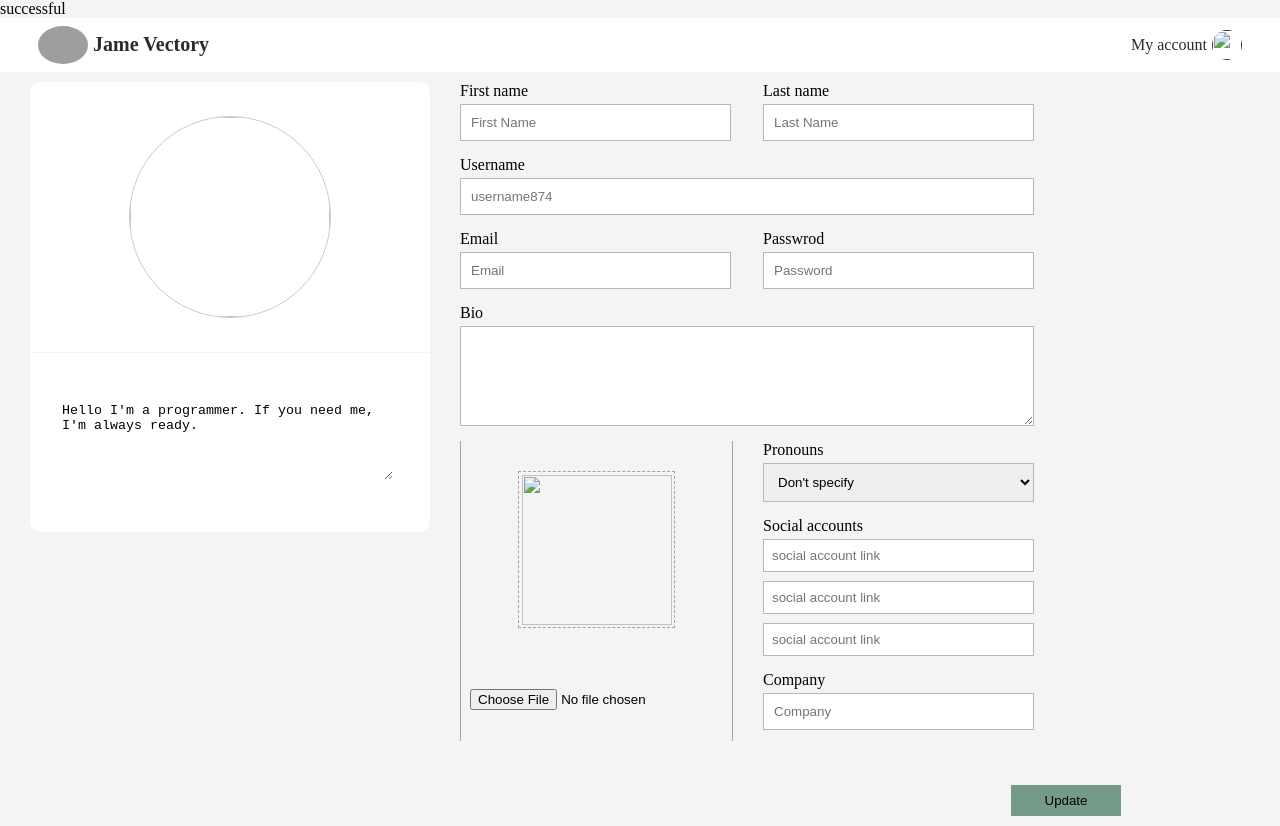
Repository: hsumyatm7308/Dashboard
Page: http://localhost/
The author's editor kept a copy of each file at every save. The page is drawn from the files as they stood at one save, then again after a run of saves.
The browser window is 1280 px wide. The pictures show the whole page.
Pictures or frames that could not be fetched are drawn as grey boxes. The page is run by PHP 8.4 with error messages shown; the project is at /var/www/html/.

Above is the page before, as saved 2023-07-07 20:58:05.

### task/resources/views/userprofile/index.php
<?php
session_start();

ini_set('display_errors', false);

$dbhost = 'localhost';
$dbusername = 'root';
$dbpass = '';
$dbname = 'hmmdb';

try {
    $conn = new PDO("mysql:host=$dbhost;dbname=$dbname", $dbusername, $dbpass);
    $conn->setAttribute(PDO::ATTR_ERRMODE, PDO::ERRMODE_EXCEPTION);

    echo "successful";

} catch (Exception $e) {
    echo "Error found : " . $e->getMessage();
}

if (!isset($_SESSION['uploaded_file'])  ) {
    $_SESSION['uploaded_file'] = '';

}

if(!isset($_SESSION['uploaded_fname'])){
    $_SESSION['uploaded_fname'] = '';

}

if(!isset($_SESSION['uploaded_lname'])){
    $_SESSION['uploaded_lname'] = '';

}

if(!isset($_SESSION['uploaded_username'])){
    $_SESSION['uploaded_username'] = '';

}

if ($_SERVER['REQUEST_METHOD'] === 'POST') {
    try {
        $stmt = $conn->prepare("SELECT firstname, lastname, username, bio FROM jamevectory");
        $stmt->execute();
        $row = $stmt->fetch();

        echo $row['firstname'];

        if (isset($_POST['submit'])) {
            $uploaddir = 'assets/img/profile/';
            $extension = pathinfo($_FILES['profile']['name'], PATHINFO_EXTENSION);
            $filename = uniqid() . '.' . $extension;
            $uploadfile = $uploaddir . $filename;

            if (move_uploaded_file($_FILES['profile']['tmp_name'], $uploadfile)) {
                $_SESSION['uploaded_file'] = $uploadfile;

            }

            $_SESSION['uploaded_fname'] = $row['firstname'];
            $_SESSION['uploaded_lname'] = $row['lastname'];
            $_SESSION['uploaded_username'] = $row['username'];
        }

    } catch (Exception $e) {
        echo "Error Found : " . $e->getMessage();
    }
}

$uploadfile = $_SESSION['uploaded_file'];
$row['firstname'] = $_SESSION['uploaded_fname']  ;
$row['lastname'] = $_SESSION['uploaded_lname'] ;
$row['username'] = $_SESSION['uploaded_username'];

?>


<!DOCTYPE html>
<html>

<head>
    <title>My Profile</title>
    <link rel="stylesheet" href="./css/style.css">
</head>

<body>
    <header>

        <nav>

                <div>
                    <a href="" class="logo-brand">
                        <img src="./assets/img/mylogo.jpg" alt="" width="50px" style="border-radius: 50%;">
                        <span>Jame Vectory</span>
                    </a>
                </div>

                <div>
                    <a href="" class="profile-account">
                        <span>My account</span>
                        <img src="<?php echo $uploadfile ?>" alt="" width="30px" style="border-radius: 50%;">
                    </a>
                </div>


        </nav>

    </header>
    <section>
        <div class="user-account-edit">

            <div class="user-profile">
                <div>
                    <form action="index.php" method='post' enctype='multipart/formdata' class="profile-display">
                        <div class="profile-display-img">

                            <div class="img">
                                <img src="<?php echo $uploadfile ?>" alt="" width="200px" style="border-radius: 50%;">
                            </div>


                        </div>


                        <div class="profile-display-name">
                            <h3 class="dispalyname"><span><?= $row['firstname'] ?></span> <span> <?= $row['lastname'] ?></span></h3>
                            <p><?= $row['username'] ?></p>
                        </div>

                        <div class="profile-display-bio">
                            <textarea name="displaybio" rows="5" maxlength="150">Hello I'm a programmer. If you need me, I'm always ready.
                        </textarea>
                        </div>
                    </form>


                </div>
            </div>

            <div class="user-edit-content">
                <div class="edit-form">
                    <form action="<?php echo $_SERVER["PHP_SELF"] ?>" method="post" enctype="multipart/form-data">
                        <div class="user-form-name">
                            <div>
                                <label for="">First name</label>
                                <input type="text" name="userprofilefirstname" id="userprofilefirstname"
                                    class="form-control" placeholder="First Name">
                            </div>
                            <div>
                                <label for="">Last name</label>
                                <input type="text" name="userprofilelastname" id="userprofilefirstname"
                                    class="form-control" placeholder="Last Name">
                            </div>
                        </div>

                        <div class="userprofileusername">
                            <label for="">Username</label>
                            <input type="text" name="userprofileusername" id="userprofileusername" class="form-control"
                                placeholder="username874">
                        </div>

                        <div class="user-authanticate">
                            <div>
                                <label for="">Email</label>
                                <input type="text" name="userprofileemail" id="userprofileemail" class="form-control"
                                    placeholder="Email">

                            </div>
                            <div>
                                <label for="">Passwrod</label>
                                <input type="text" name="userprofilepass" id="userprofilepass" class="form-control"
                                    placeholder="Password">
                            </div>
                        </div>

                        <div class="user-bio">
                            <label for="">Bio</label>
                            <br>
                            <textarea name="userprofilebio" id="userprofilebio" maxlength="150"
                                class="form-control"></textarea>
                        </div>


                        <div class="user-selection">
                            <div class="user-img">
                                <div class="img-item">
                                    <img src="<?php echo $uploadfile ?>" alt="" width="150px">


                                </div>
                                <div class="editbtn">
                                    <input type="file" name="profile">
                                </div>
                            </div>

                            <div class="user-options">
                                <div class="user-pronouncs">
                                    <label for="">Pronouns</label>
                                    <br>

                                    <select name="pronouns" id="pronouns" class="form-control">
                                        <option selected>Don't specify</option>
                                        <option value="t">They/them</option>
                                        <option value="h">He/him</option>
                                        <option value="s">She/her</option>
                                        <option value="c">Custom</option>
                                    </select>

                                </div>


                                <div class="user-socialacc">
                                    <label for="">Social accounts</label>
                                    <br>

                                    <div>
                                        <input type="text" placeholder="social account link" class="form-control">
                                    </div>
                                    <div>
                                        <input type="text" placeholder="social account link" class="form-control">
                                    </div>
                                    <div>
                                        <input type="text" placeholder="social account link" class="form-control">
                                    </div>

                                </div>

                                <div class="user-company">
                                    <label for="">Company</label>
                                    <br>

                                    <div>
                                        <input type="text" placeholder="Company" class="form-control">
                                    </div>


                                </div>





                            </div>


                        </div>

                        <div class="update-button">
                            <div>

                            </div>
                            <button type="submit" name="submit">
                                Update
                            </button>

                        </div>
                    </form>
                </div>
            </div>
        </div>
    </section>
</body>

</html>



<!--

CREATE TABLE IF NOT EXISTS jamevectory(
 id INT AUTO_INCREMENT PRIMARY KEY,
 firstname VARCHAR(255) NOT NULL,
  lastname VARCHAR(255) NOT NULL,
    username VARCHAR(255) NOT NULL,
    email VARCHAR(255) NOT NULL,
    password INT NOT NULL,
    bio VARCHAR(255),
    pronouns VARCHAR(255),
    company VARCHAR(255)


) -->

### task/resources/views/userprofile/css/style.css
body {
    background: #f4f4f4f4;
    margin: 0;
    padding: 0;
}

nav {
    /* background: rgb(23, 37, 43); */
    background-color: #ffff;

    display: flex;
    justify-content: space-between;
    align-items: center;

}



.logo-brand,
.profile-account {
    text-decoration: none;
    color: #2b2b2b;

    display: flex;
    justify-content: center;
    align-items: center;
    margin: 0px 30px 0px 30px;
    padding: 8px;
}

.logo-brand {
    font-size: 20px;
    font-weight: 800
}



.logo-brand span,
.profile-account span {
    margin: 0px 5px 0px 5px;
}



.user-account-edit {
    width: 100%;

    display: grid;
    grid-template-columns: 1fr 2fr;
    /* column-gap: 80px; */
    margin-top: 10px;

}

.user-profile,.user-edit-content  {

    width: 100%;
    height: 100vh;
    background-color: #f4f4f4;

    display: flex;

    align-items: start;

}

.profile-display{
    width: 400px;
    height: 450px;
    background-color: #ffffff;
    border-radius: 10px;
    margin: 0px 30px 0px 30px;


}

.profile-display-img{
    width: 100%;
    height: 60%;
    display: flex;
    justify-content: center;
    align-items: center;
    border-bottom: 1px solid #f4f4f4;
}

.profile-display-img .img{
    width: 200px;
    height: 200px;
    border: 1px solid #cdc9c9;
    border-radius: 50%;
}

.profile-display-name{
    width: 100%;


    line-height: 1px;
    margin: 0px 20px 0px 20px;

    padding: 10px;
}



.profile-display-name p{
    color: #aaa0a0;
}

.profile-display-bio{


    margin:0px 20px 0 20px;


    padding: 10px;
}

.profile-display-bio textarea{
    width: 98%;
    border: none;
}


.edit-form{
    width: 70%;
    height: inherit;
    justify-self: start;
    /* background-color: #ffff; */
}

.user-form-name,.user-authanticate,.user-selection{
    display: grid;
    grid-template-columns: 1fr 1fr;
    grid-gap: 2em;
    /* background-color: #2b2b2b; */
}

.user-form-name .form-control,.user-authanticate .form-control{
    width: 100%;
}

.form-control{
    border: 1px solid #bcb5b5;


    padding: 10px ;
    margin-bottom: 15px;
    margin-top: 4px;
}



.userprofileusername input{
    width: 100%;
}

.user-bio textarea{
    width: 100%;
    height: 100px;
}


.user-img{
    width: 100%;
    height: 300px;
    border: 1px solid #aaa0a0;
    border-top: none;
    border-bottom: none;

   display: grid;
   place-items:center ;

}

.user-img .img-item{
   width: 155px;
   height: 155px;
   border: 1px dashed #aaa0a0;
   display: flex;
   justify-content: center;
   align-items: center;
}

.editbtn button{
   width: 150px;
   padding: 5px 10px ;
}

.user-pronouncs .form-control,.user-socialacc .form-control,.user-company .form-control{
    width: 100%;

}

.user-socialacc .form-control{
    margin-bottom: 5px;
    padding: 8px;
}

.user-company{
    margin-top: 10px;
}


.update-button{
    display: grid;
    grid-template-columns: 1fr 1fr;

    margin-top: 30px;

    padding: 10px;
}

.update-button button{
    width: 110px;
    padding: 8px;
    transform: translate(240%);
    background: #769a88;
    border: none;


}

After the next 2 saves:
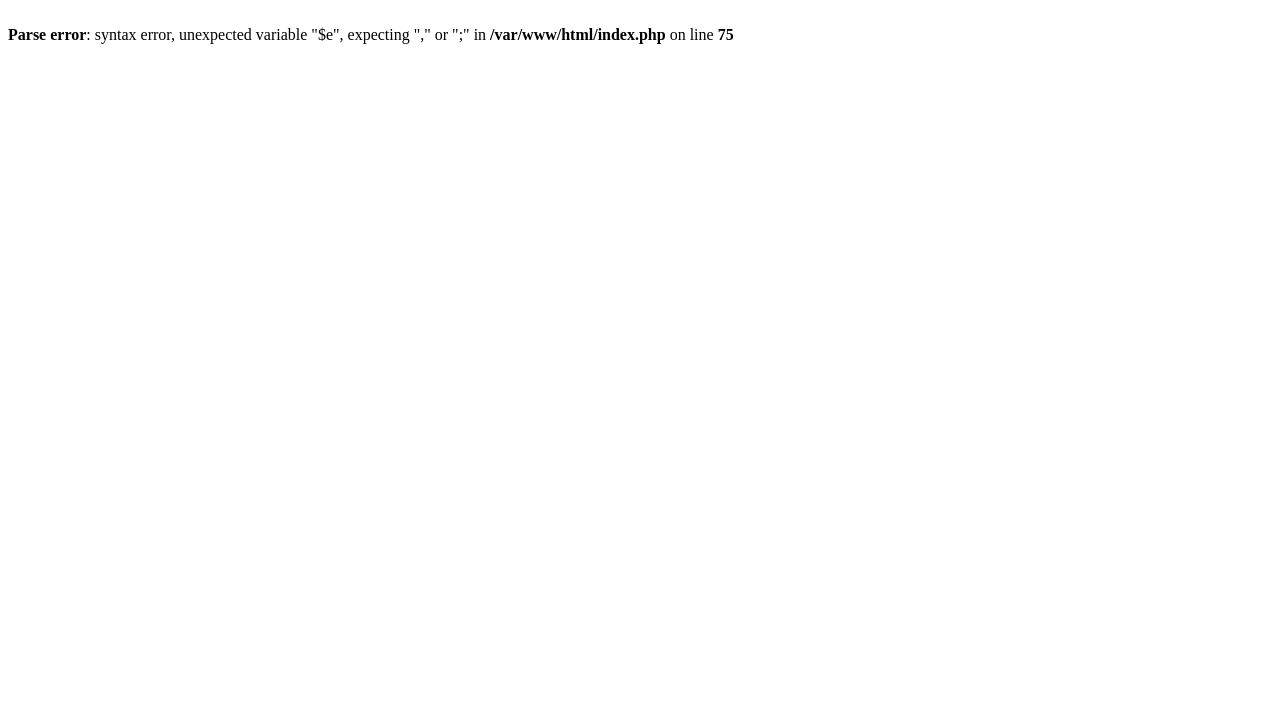
The 2 saves are shown as one change because they came seconds apart.
The last was saved 15 min 35 s later.
--- a/task/resources/views/userprofile/index.php
+++ b/task/resources/views/userprofile/index.php
@@ -64,6 +64,15 @@
 
     } catch (Exception $e) {
         echo "Error Found : " . $e->getMessage();
+    }
+
+
+
+    try{
+
+
+    }catch(Exception $e){
+        echo "Error Found Changes : " $e->getMessage();
     }
 }
 

After the save that followed:
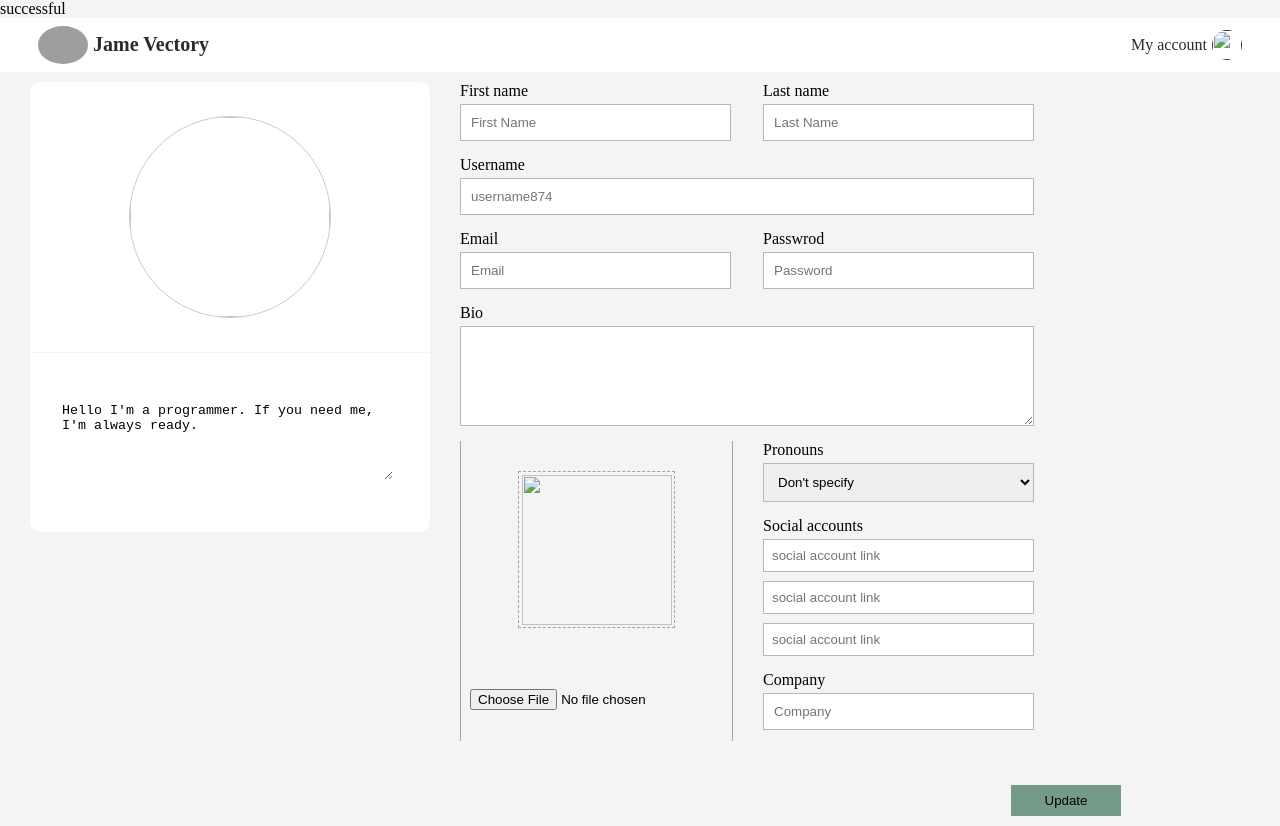
Saved 2 min 23 s later.
--- a/task/resources/views/userprofile/index.php
+++ b/task/resources/views/userprofile/index.php
@@ -69,10 +69,11 @@
 
 
     try{
-
+        $stmt = $conn->prepare("UPDATE jamevectory SET firstname = :newfirstname, lastname = :newlastname, username = :newusername ");
+        $stmt->execute();
 
     }catch(Exception $e){
-        echo "Error Found Changes : " $e->getMessage();
+        echo "Error Found Changes : ". $e->getMessage();
     }
 }
 
